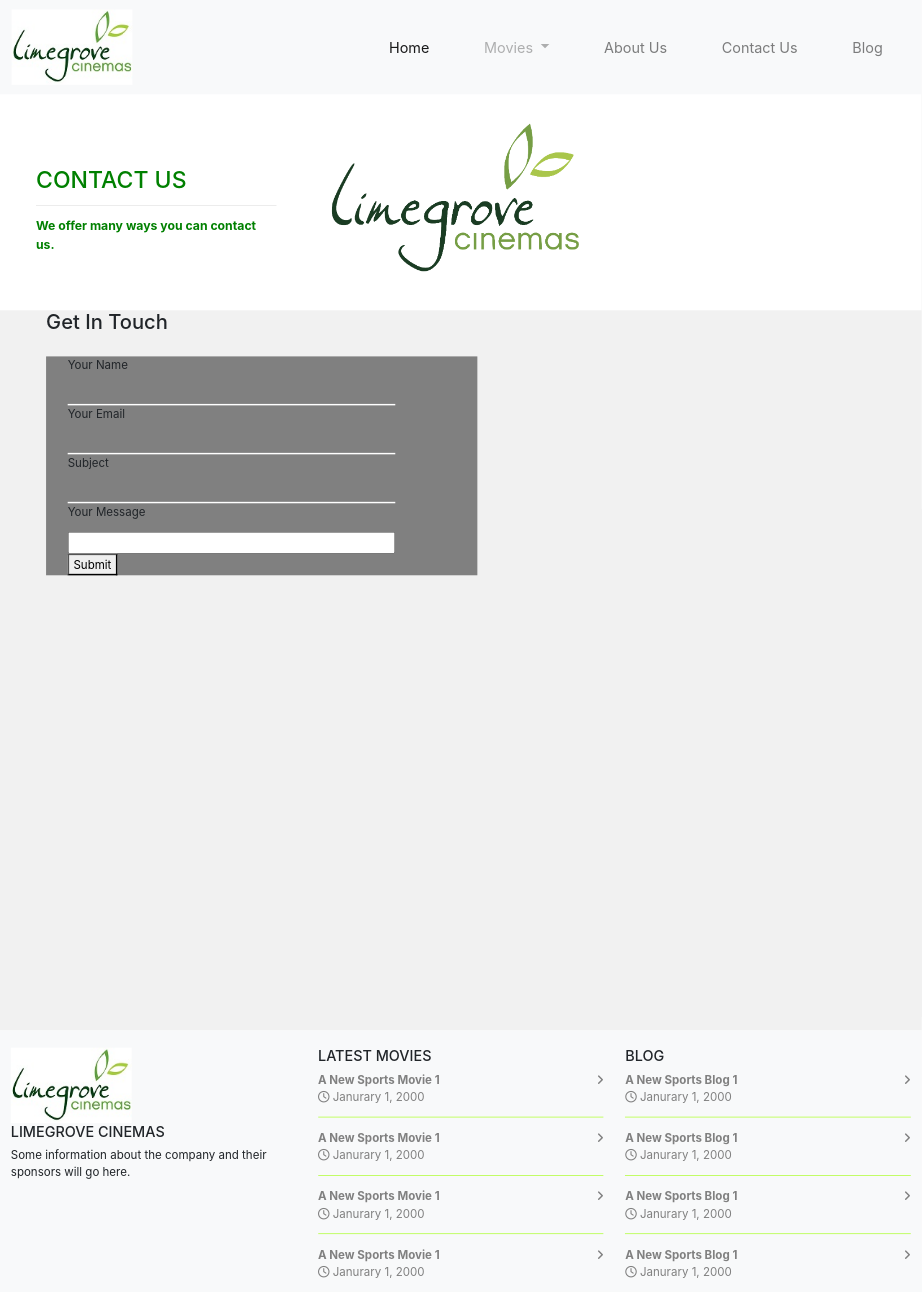
Repository: SimplyZacc/movie-web-template
Page: http://localhost/contactus.php
The author's editor kept a copy of each file at every save. The page is drawn from the files as they stood at one save, then again after the next save.
The browser window is 1280 px wide. The pictures show the whole page, at 72% of full size.
Some web libraries are served in a nearby version. The page is run by PHP 8.4 with error messages shown; the project is at /var/www/html/.

Above is the page before, as saved 2020-03-28 12:18:40.

### contactus.php
<?php
//set page vars
$title = "Contact Us";
//include page header
include "templates/header.php";
?>

<div class="contact-head">
    <div class="contact-head-body">
        <h2>CONTACT US</h2>
        <hr>
        <p>We offer many ways you can contact us.</p>
    </div>
</div>

<div class="contact-body">
    <div class="contact-body-sub">
        <div class="contact-right">
        </div>
        <div class="contact-left">
            <form action="/">
                <h3>Get In Touch</h3>
                <div class="contact-form-info">
                    <div class="contact-form-info2">
                        <p>Your Name</p>
                        <input type="text" name="name" class="contact-form-input">
                        <p>Your Email</p>
                        <input type="text" name="email" class="contact-form-input">
                        <p>Subject</p>
                        <input type="text" name="subject" class="contact-form-input">
                        <p>Your Message</p>
                        <input type="text" name="message" style="height: 200p;width: 80%">
                        <br>
                        <button type="submit" href="/">Submit</button>
                    </div>
                </div>
            </form>
        </div>
    </div>
</div>

<?php include "templates/footer.php"; ?>

### templates/header.php
<?php
session_start();
?>
<!DOCTYPE html>
<html lang="en">

<head>
    <meta charset="UTF-8">
    <meta name="viewport" content="width=device-width, initial-scale=1.0">

    <title>
        <?php
        $default_header = "Limegrove Cinemas";
        if (isset($title)) {
            echo "Limegrove Cinemas - " . $title;
        } else {
            echo $default_header;
        }
        ?>
    </title>

    <!-- CSS -->
    <link rel="stylesheet" href="https://stackpath.bootstrapcdn.com/bootstrap/4.4.1/css/bootstrap.min.css" integrity="sha384-Vkoo8x4CGsO3+Hhxv8T/Q5PaXtkKtu6ug5TOeNV6gBiFeWPGFN9MuhOf23Q9Ifjh" crossorigin="anonymous">
    <link rel="stylesheet" href="assets/css/styles.css">
    <link rel="stylesheet" href="movie-web-template/assets/css/styles.css">

    <!-- JavaScript -->
    <script src="https://code.jquery.com/jquery-3.4.1.slim.min.js" integrity="sha384-J6qa4849blE2+poT4WnyKhv5vZF5SrPo0iEjwBvKU7imGFAV0wwj1yYfoRSJoZ+n" crossorigin="anonymous"></script>
    <script src="https://cdn.jsdelivr.net/npm/popper.js@1.16.0/dist/umd/popper.min.js" integrity="sha384-Q6E9RHvbIyZFJoft+2mJbHaEWldlvI9IOYy5n3zV9zzTtmI3UksdQRVvoxMfooAo" crossorigin="anonymous"></script>
    <script src="https://stackpath.bootstrapcdn.com/bootstrap/4.4.1/js/bootstrap.min.js" integrity="sha384-wfSDF2E50Y2D1uUdj0O3uMBJnjuUD4Ih7YwaYd1iqfktj0Uod8GCExl3Og8ifwB6" crossorigin="anonymous"></script>
    <script src="https://kit.fontawesome.com/e9662c41f5.js" crossorigin="anonymous"></script>

</head>

<body>

    <nav class="navbar navbar-expand-lg navbar-light bg-light">


        <div class="collapse navbar-collapse" id="navbarSupportedContent">
            <ul class="navbar-nav mr-auto">
                <a class="navbar-brand" href="#"><img src="assets/images/logo.jpg" alt="Cinema Logo"></a>
                <button class="navbar-toggler" type="button" data-toggle="collapse" data-target="#navbarSupportedContent" aria-controls="navbarSupportedContent" aria-expanded="false" aria-label="Toggle navigation">
                    <span class="navbar-toggler-icon"></span>
                </button>
            </ul>

            <ul class="navbar-nav navbar-right">

                <li class="nav-item active p-r-10">
                    <a class="nav-link" href="#">Home <span class="sr-only">(current)</span></a>
                </li>
                <li class="nav-item dropdown p-r-10">
                    <a class="nav-link dropdown-toggle disabled" href="#" id="navbarDropdown" role="button" data-toggle="dropdown" aria-haspopup="true" aria-expanded="false">
                        Movies
                    </a>
                    <div class="dropdown-menu" aria-labelledby="navbarDropdown">
                        <a class="dropdown-item" href="#">Recently Added</a>
                        <a class="dropdown-item" href="#">Popular</a>
                        <a class="dropdown-item" href="#">Soon Added</a>
                    </div>
                </li>

                <li class="nav-item ">
                    <a class="nav-link" href="aboutus.php">About Us</a>
                </li>

                <li class="nav-item p-r-10">
                    <a class="nav-link" href="contactus.php">Contact Us</a>
                </li>

                <li class="nav-item p-r-10">
                    <a class="nav-link" href="blog.php">Blog</a>
                </li>
            </ul>

        </div>
    </nav>

### templates/footer.php
<footer class="page-footer font-small pt-4 bg-light">

    <div class="container-fluid text-center text-md-left">

        <div class="row">

            <div class="col-md-4 mt-md-0 mt-3">

                <img src="assets/images/logo.jpg" alt="">
                <h5 class="text-uppercase">Limegrove Cinemas</h5>
                <p style="height: 100px">Some information about the company and their sponsors will go here.</p>

            </div>

            <hr class="clearfix w-100 d-md-none pb-3">

            <div class="col-md-4 mb-md-0 mb-3">

                <h5 class="text-uppercase bold">Latest Movies</h5>

                <ul class="list-unstyled grey">
                    <li>
                        <a href="#" class="footer-link">A New Sports Movie 1 <span style="float: right"><i class="fas fa-angle-right"></i></span></a>
                        <br>
                        <p><i class="far fa-clock"></i> Janurary 1, 2000</p>
                    </li>
                    <hr style="border-color: greenyellow;">
                    <li>
                        <a href="#" class="footer-link">A New Sports Movie 1 <span style="float: right"><i class="fas fa-angle-right"></i></span></a>
                        <br>
                        <p><i class="far fa-clock"></i> Janurary 1, 2000</p>
                    </li>
                    <hr style="border-color: greenyellow;">
                    <li>
                        <a href="#" class="footer-link">A New Sports Movie 1 <span style="float: right"><i class="fas fa-angle-right"></i></span></a>
                        <br>
                        <p><i class="far fa-clock"></i> Janurary 1, 2000</p>
                    </li>
                    <hr style="border-color: greenyellow;">
                    <li>
                        <a href="#" class="footer-link">A New Sports Movie 1 <span style="float: right"><i class="fas fa-angle-right"></i></span></a>
                        <br>
                        <p><i class="far fa-clock"></i> Janurary 1, 2000</p>
                    </li>
                </ul>

            </div>

            <hr class="clearfix w-100 d-md-none pb-3">

            <div class="col-md-4 mb-md-0 mb-3">

                <h5 class="text-uppercase bold">Blog</h5>

                <ul class="list-unstyled grey">
                    <li>
                        <a href="#" class="footer-link">A New Sports Blog 1 <span style="float: right"><i class="fas fa-angle-right"></i></span></a>
                        <br>
                        <p><i class="far fa-clock"></i> Janurary 1, 2000</p>
                    </li>
                    <hr style="border-color: greenyellow;">
                    <li>
                        <a href="#" class="footer-link">A New Sports Blog 1 <span style="float: right"><i class="fas fa-angle-right"></i></span></a>
                        <br>
                        <p><i class="far fa-clock"></i> Janurary 1, 2000</p>
                    </li>
                    <hr style="border-color: greenyellow;">
                    <li>
                        <a href="#" class="footer-link">A New Sports Blog 1 <span style="float: right"><i class="fas fa-angle-right"></i></span></a>
                        <br>
                        <p><i class="far fa-clock"></i> Janurary 1, 2000</p>
                    </li>
                    <hr style="border-color: greenyellow;">
                    <li>
                        <a href="#" class="footer-link">A New Sports Blog 1 <span style="float: right"><i class="fas fa-angle-right"></i></span></a>
                        <br>
                        <p><i class="far fa-clock"></i> Janurary 1, 2000</p>
                    </li>
                </ul>

            </div>

        </div>

    </div>

</footer>

</body>
</html>

### assets/css/styles.css
.hr{
    border-color: whitesmoke;
}

.grey{
    color: grey;
}

.footer-link{
    font-weight: bold;
    text-decoration: none;
    color: grey;
}

.footer-link:hover{
    text-decoration: none;
    color: #13df13;
    transition-duration: 0.5s;
}

.navbar-nav > li{
    padding-left:30px;
    padding-right:30px;
    font-size: 20px;
}

/****************************************** Contact Us Page ******************************************/

.contact-head{
    height: 300px;
    width: 100%;
    background-image: url('/assets/images/lgcgreenlogo.png');
    background-position-x: center;
    background-repeat: no-repeat;
    background-size: contain;
}

.contact-head-body{
    font-weight: bold;
    font-size: 17px;
    color: green;
    width: 30%;
    padding-left: 50px;
    padding-top: 100px;
}

.contact-body{
    height: 1000px;
    background-color: rgb(241, 241, 241);
}

.contact-body-sub{
    width: 90%;
    margin-left: auto;
    margin-right: auto;
}

.contact-right{
    float: right;
    width: 35%;
}

.contact-left{
    float: left;
    width: 65%;
}

.contact-form-info{
    margin-top: 30px;
    background-color: grey;
    width: 80%;
}


.contact-form-info2{
    padding-left: 30px;
}

.contact-form-input{
    width: 80%;
    border: none;
    outline: none;
    border-bottom: 2px solid white;
    background-color: transparent;
    cursor: default;
}

.contact-form-input:hover{
    border-bottom: 2px solid #13df13;
    transition-duration: 0.5s;
}

After the next save:
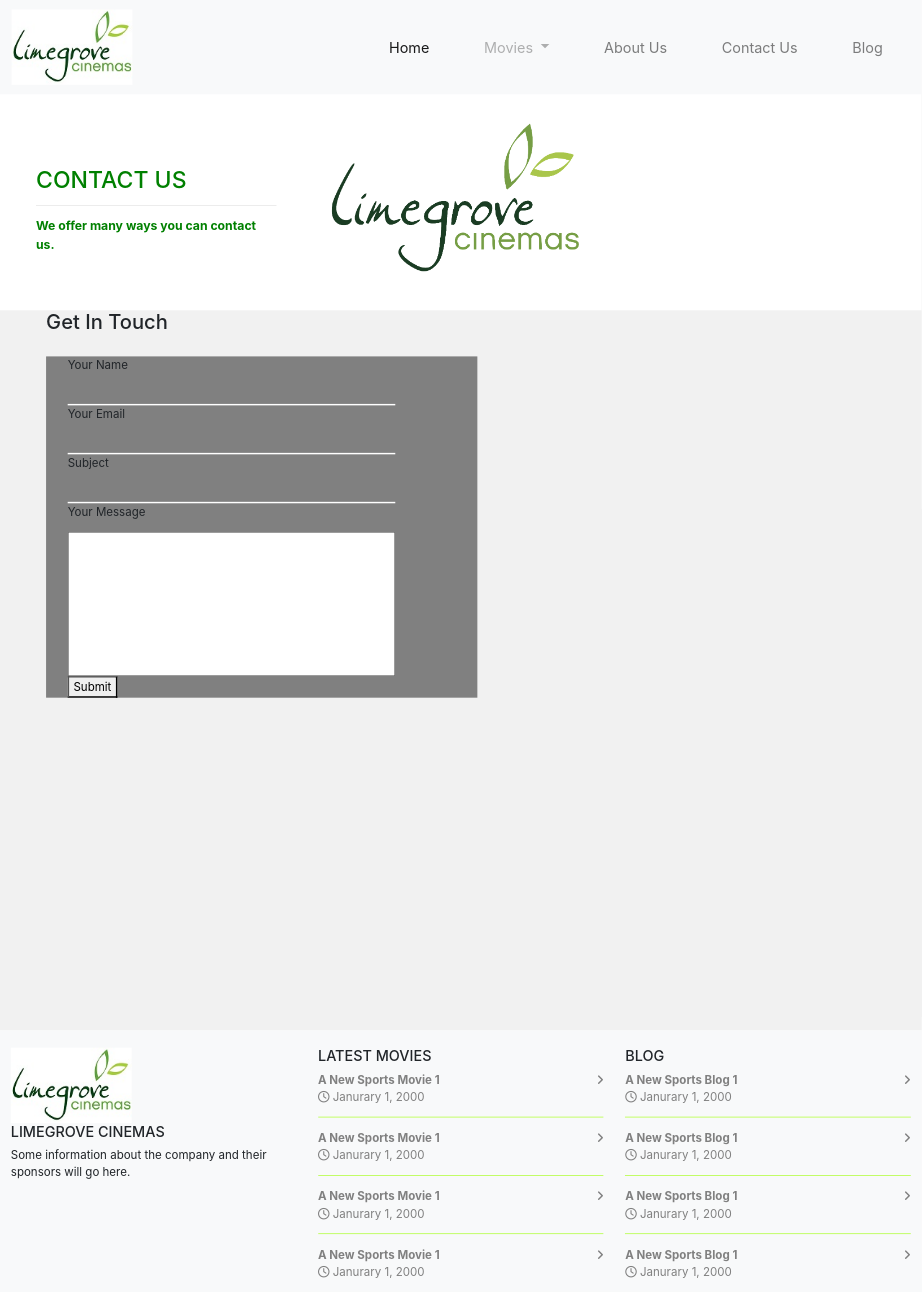
Saved 7 s later.
--- a/contactus.php
+++ b/contactus.php
@@ -29,7 +29,7 @@ include "templates/header.php";
                         <p>Subject</p>
                         <input type="text" name="subject" class="contact-form-input">
                         <p>Your Message</p>
-                        <input type="text" name="message" style="height: 200p;width: 80%">
+                        <input type="text" name="message" style="height: 200px;width: 80%">
                         <br>
                         <button type="submit" href="/">Submit</button>
                     </div>
